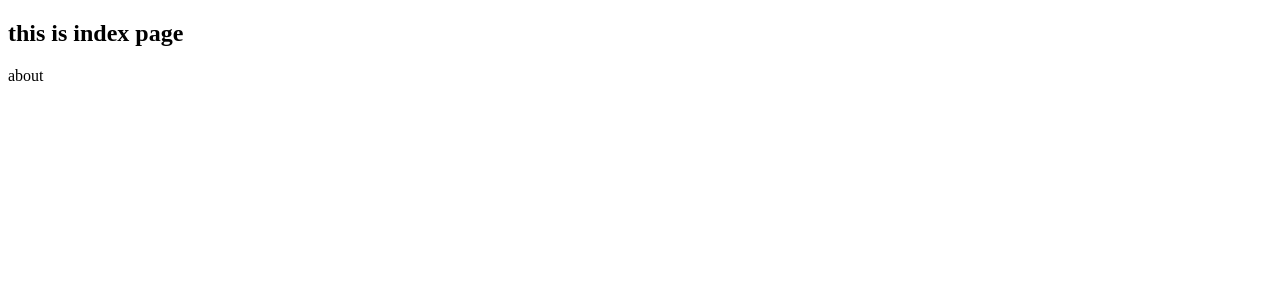
Repository: viveknaidu007/repo-113-HTML
Page: 5.html
The author's editor kept a copy of each file at every save. The page is drawn from the files as they stood at one save, then again after the next save.
The browser window is 1280 px wide. The pictures show the whole page.

Above is the page before, as saved 2024-06-11 16:45:21.

After the next save:
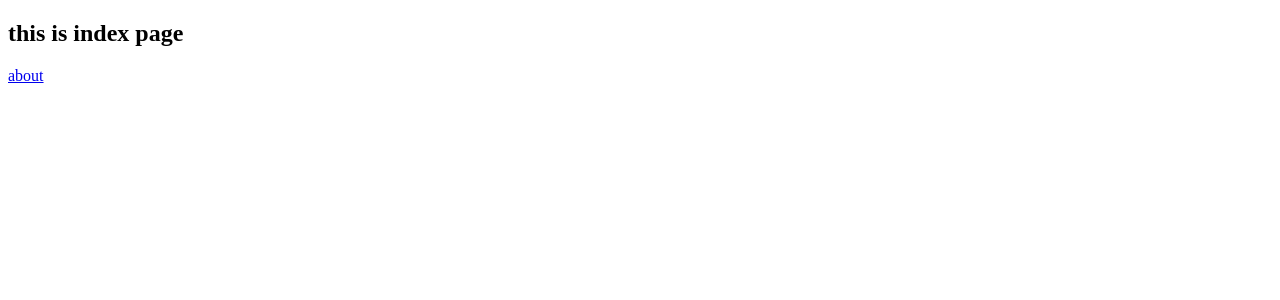
Saved 66 s later.
--- a/5.html
+++ b/5.html
@@ -6,7 +6,7 @@
 
     <body>
         <h2> this is index page</h2>
-        <a href = "about.html" target="_blank"> </a> about </a>
+        <a href = "about.html" target="_blank">  about </a>
 
     </body>
 
